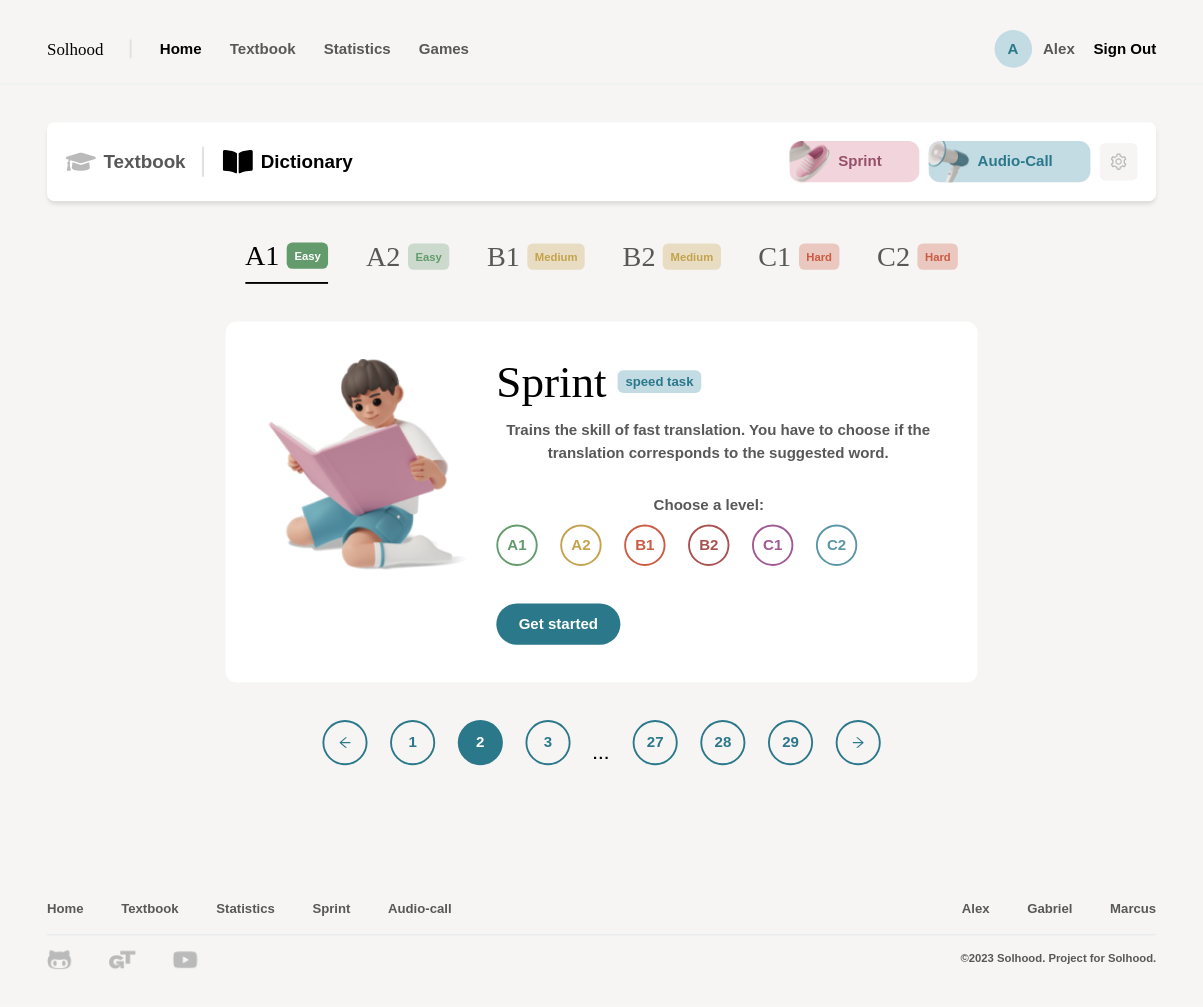
Repository: haudnn/solhood
Page: /textbook
An editor plug-in stored every save of this project. The page is shown before and after the next save, followed by the edit.
The browser window is 1280 px wide. The pictures show the whole page, at 94% of full size.
The project was rebuilt for these pictures with package versions that can differ from the ones it lists, and the page was loaded fresh each time. Also part of the build but not shown: src/pages/Home.tsx, src/pages/sprint/Sprint.tsx, src/pages/sprint/Game.tsx, src/pages/sprint/Result.tsx, src/pages/audio/Audio.tsx, src/pages/audio/Game.tsx, src/pages/audio/Result.tsx.

Above is the page before, as saved 2023-01-06 19:41:59.

After the next save:
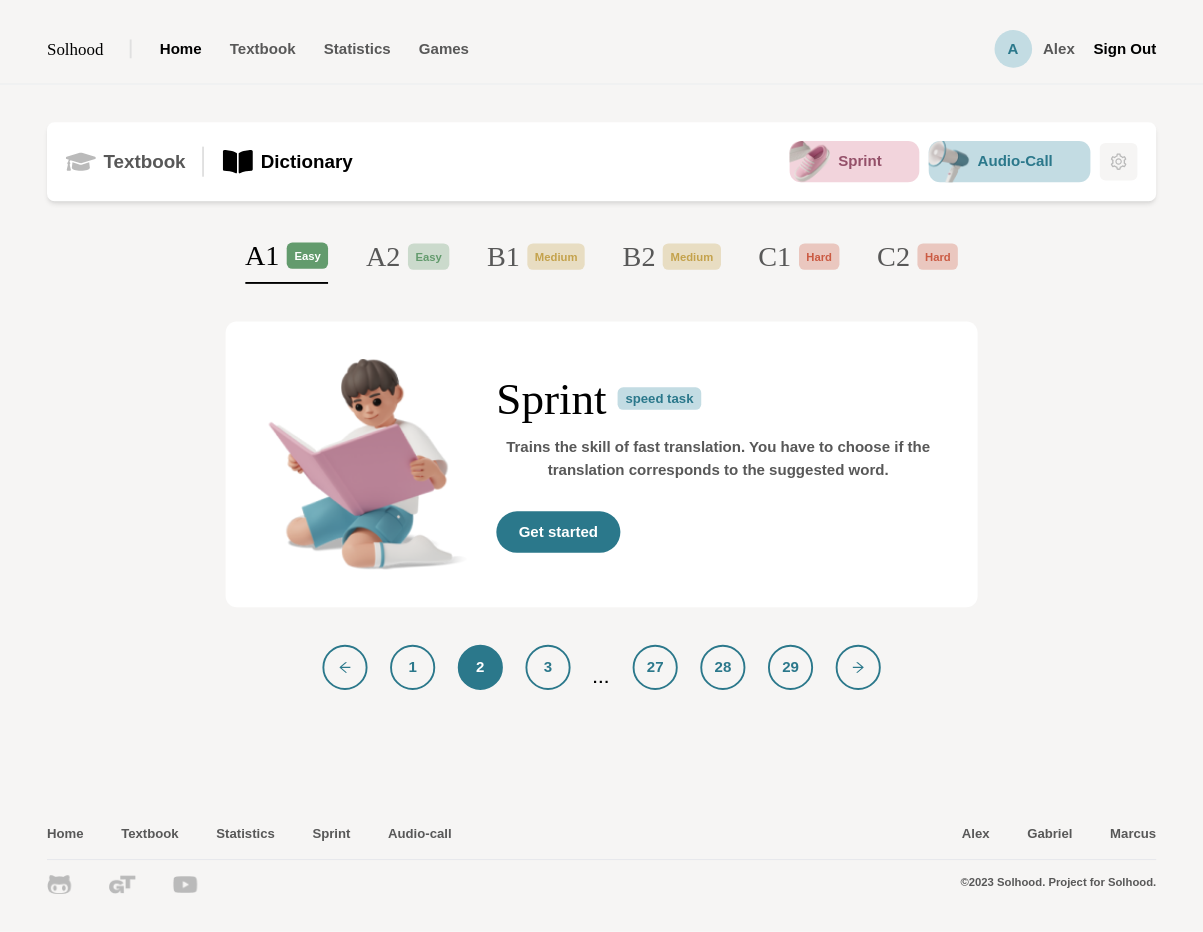
Saved 17 s later.
--- a/src/pages/textbook/TextBook.tsx
+++ b/src/pages/textbook/TextBook.tsx
@@ -212,43 +212,6 @@ const TextBook = () => {
                       Trains the skill of fast translation. You have to choose
                       if the translation corresponds to the suggested word.
                     </p>
-                    <div className="pr-5">
-                      <p className="mb-2 text-base font-semibold text-greydark">
-                        Choose a level:
-                      </p>
-                      <div className="flex items-center justify-start mb-10 gap-x-6">
-                        <div className="flex items-center justify-center w-[44px] h-[44px] rounded-[50%] border-solid border-2 border-greendesign">
-                          <span className="text-base font-bold text-greendesign">
-                            A1
-                          </span>
-                        </div>
-                        <div className="flex items-center justify-center w-[44px] h-[44px] rounded-[50%] border-solid border-2 border-yellowdesign">
-                          <span className="text-base font-bold text-yellowdesign">
-                            A2
-                          </span>
-                        </div>
-                        <div className="flex items-center justify-center w-[44px] h-[44px] rounded-[50%] border-solid border-2 border-orangedesign">
-                          <span className="text-base font-bold text-orangedesign">
-                            B1
-                          </span>
-                        </div>
-                        <div className="flex items-center justify-center w-[44px] h-[44px] rounded-[50%] border-solid border-2 border-reddesign">
-                          <span className="text-base font-bold text-reddesign">
-                            B2
-                          </span>
-                        </div>
-                        <div className="flex items-center justify-center w-[44px] h-[44px] rounded-[50%] border-solid border-2 border-pinkdesign">
-                          <span className="text-base font-bold text-pinkdesign">
-                            C1
-                          </span>
-                        </div>
-                        <div className="flex items-center justify-center w-[44px] h-[44px] rounded-[50%] border-solid border-2 border-cyandesign">
-                          <span className="text-base font-bold text-cyandesign">
-                            C2
-                          </span>
-                        </div>
-                      </div>
-                    </div>
                     <div>
                       <button className="w-[132px] h-[44px] flex items-center justify-center rounded-full bg-cyandark">
                         <span className="text-base font-semibold text-white">
